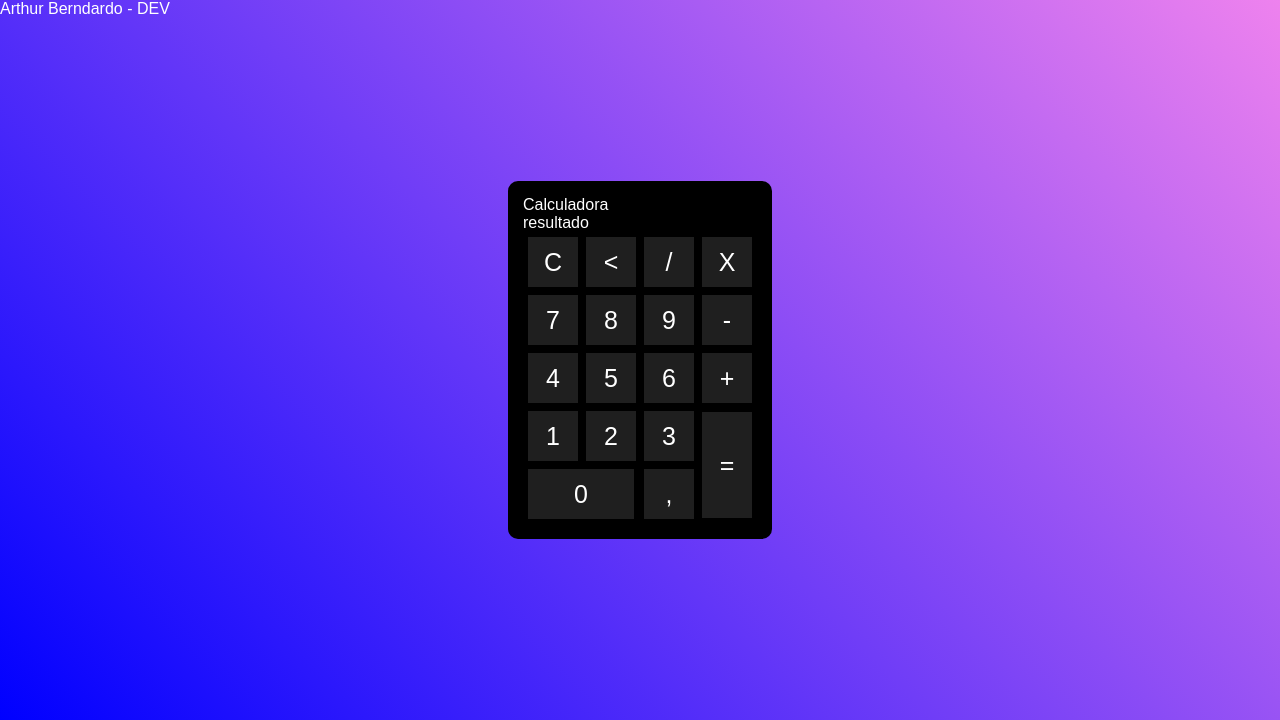
Repository: oThurDev/calculadora
Page: calculadora.html
These files come from the project's save history. The page is drawn as it stood at one moment and after the next save; the edit follows.
The browser window is 1280 px wide. The pictures show the whole page.

Above is the page before, as saved 2022-02-25 15:41:59.

### calculadora.html
<!DOCTYPE html>
<html lang="en">
<head>
    <meta charset="UTF-8">
    <meta name="viewport" content="width=device-width, initial-scale=1.0">
    <link rel="stylesheet" href="style_calculadora.css">
    <title>Calculadora</title>
</head>
<body>
    <div class="fundo">
        <span>Arthur Berndardo - DEV</span>
        <div class="calculadora">
            <span>Calculadora</span>
            <p id="resultado">resultado</p>
            <table>
                <tr>
                    <td><button class="botao">C</button></td>
                    <td><button class="botao"><</button></td>
                    <td><button class="botao">/</button></td>
                    <td><button class="botao">X</button></td>
                </tr>
                <tr>
                    <td><button class="botao">7</button></td>
                    <td><button class="botao">8</button></td>
                    <td><button class="botao">9</button></td>
                    <td><button class="botao">-</button></td>
                </tr>
                <tr>
                    <td><button class="botao">4</button></td>
                    <td><button class="botao">5</button></td>
                    <td><button class="botao">6</button></td>
                    <td><button class="botao">+</button></td>
                </tr>
                <tr>
                    <td><button class="botao">1</button></td>
                    <td><button class="botao">2</button></td>
                    <td><button class="botao">3</button></td>
                    <td rowspan="2"><button class="botao" style="height: 106px;">=</button></td>
                </tr>
                <tr>
                    <td colspan="2"><button class="botao" style="width: 106px;">0</button></td>
                    <td><button class="botao">,</button></td>
                </tr>
            </table>
        </div>
    </div>
</body>
</html>

### style_calculadora.css
*{
    margin: 0;
    padding: 0;
}

.fundo{
    background-image: linear-gradient(45deg, blue, violet);
    height: 100vh;
    color: white;
    font-family: Arial, Helvetica, sans-serif;
}

.calculadora{
    position: absolute;
    background-color: black;
    top: 50%;
    left: 50%;
    transform: translate(-50%, -50%);
    border-radius: 10px;
    padding: 15px;
}

.botao{
    width: 50px;
    height: 50px;
    font-size: 25px;
    cursor: pointer;
    background-color: rgb(31, 31, 31);
    border: none;
    color: white;
    margin: 3px;
}

.botao:hover{
    background-color: black;
}

After the next save:
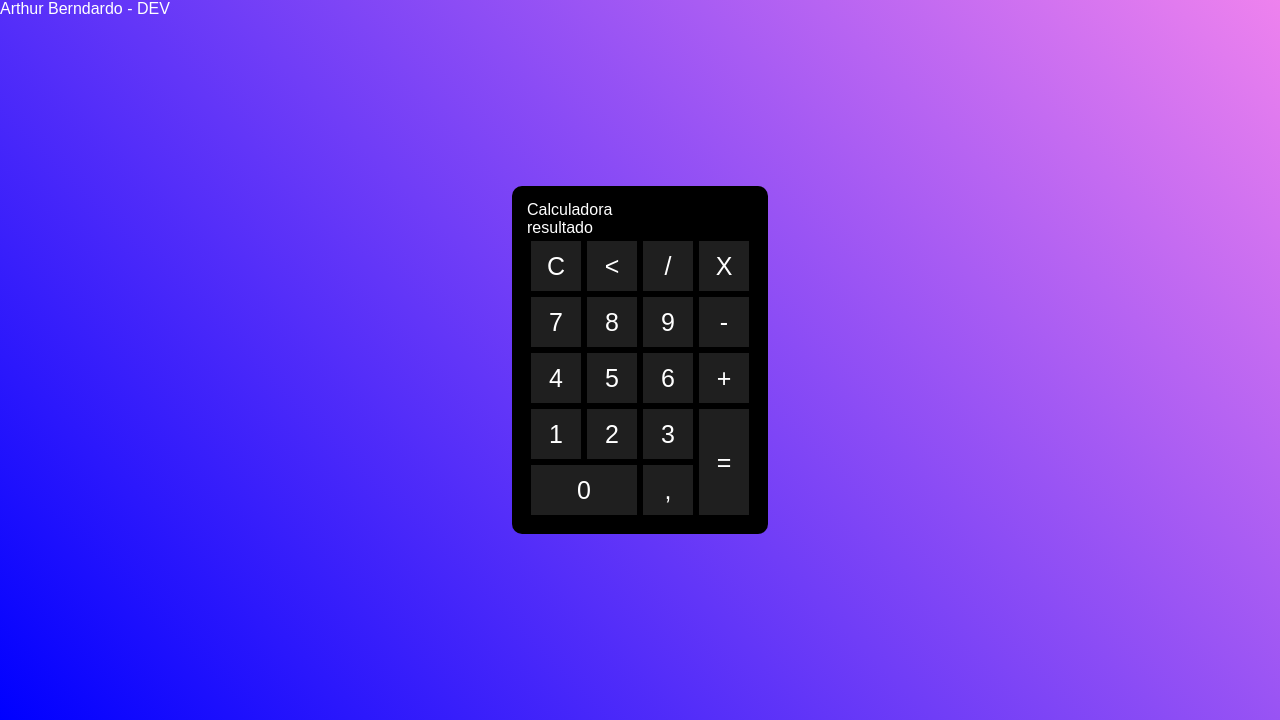
Saved 11 s later.
--- a/style_calculadora.css
+++ b/style_calculadora.css
@@ -28,7 +28,7 @@
     background-color: rgb(31, 31, 31);
     border: none;
     color: white;
-    margin: 3px;
+    margin: 2px;
 }
 
 .botao:hover{
